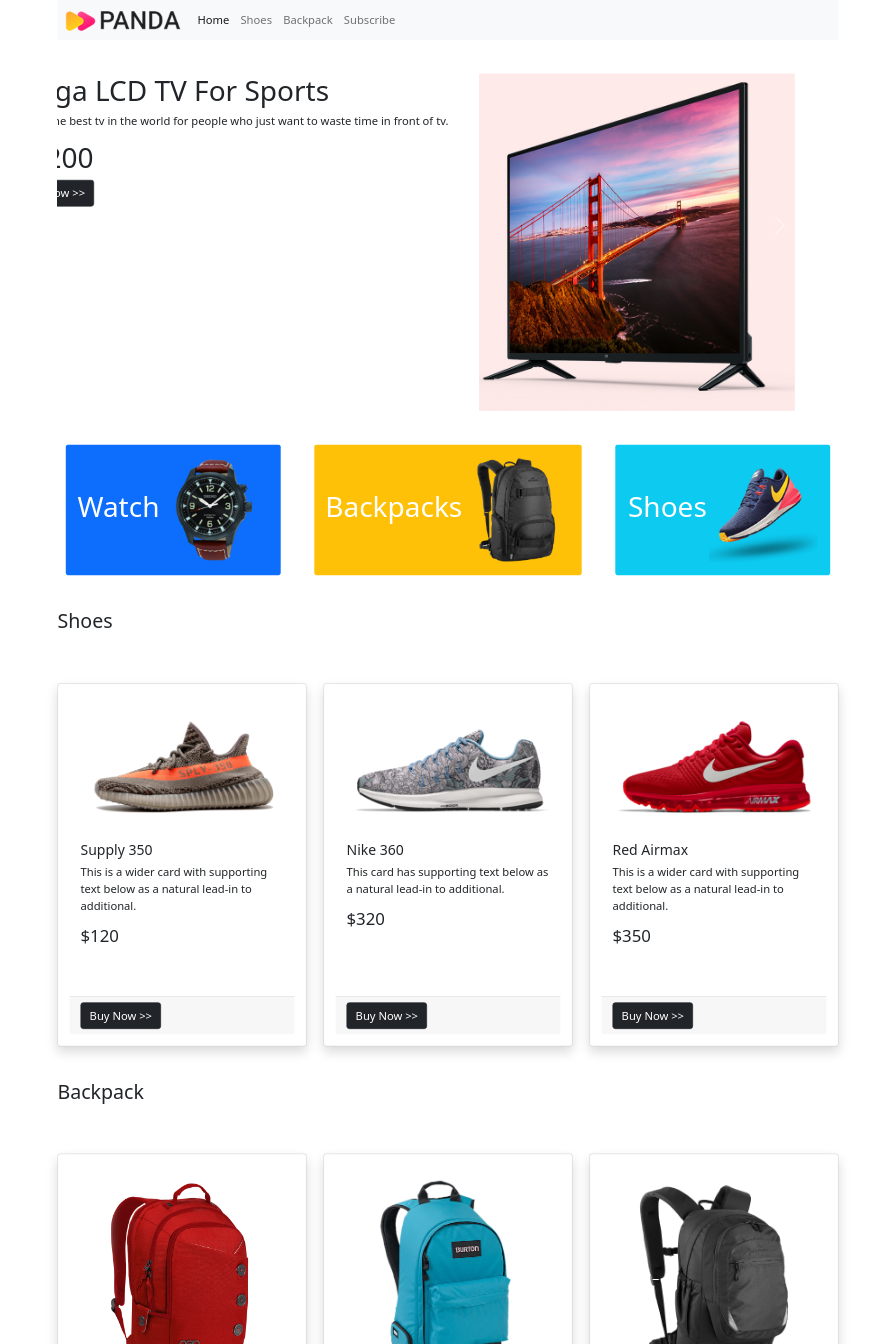
Repository: omarhasnain/panda-commerce-bootstrap
Page: index.html
These files come from the project's save history. The page is drawn as it stood at one moment and after the next save; the edit follows.
The browser window is 1280 px wide. The pictures show the part of the page from y = 0 to 1920 px (the page is 2672 px tall before and 2876 px after), at 70% of full size.

Above is the page before, as saved 2021-01-14 18:04:53.

After the next save:
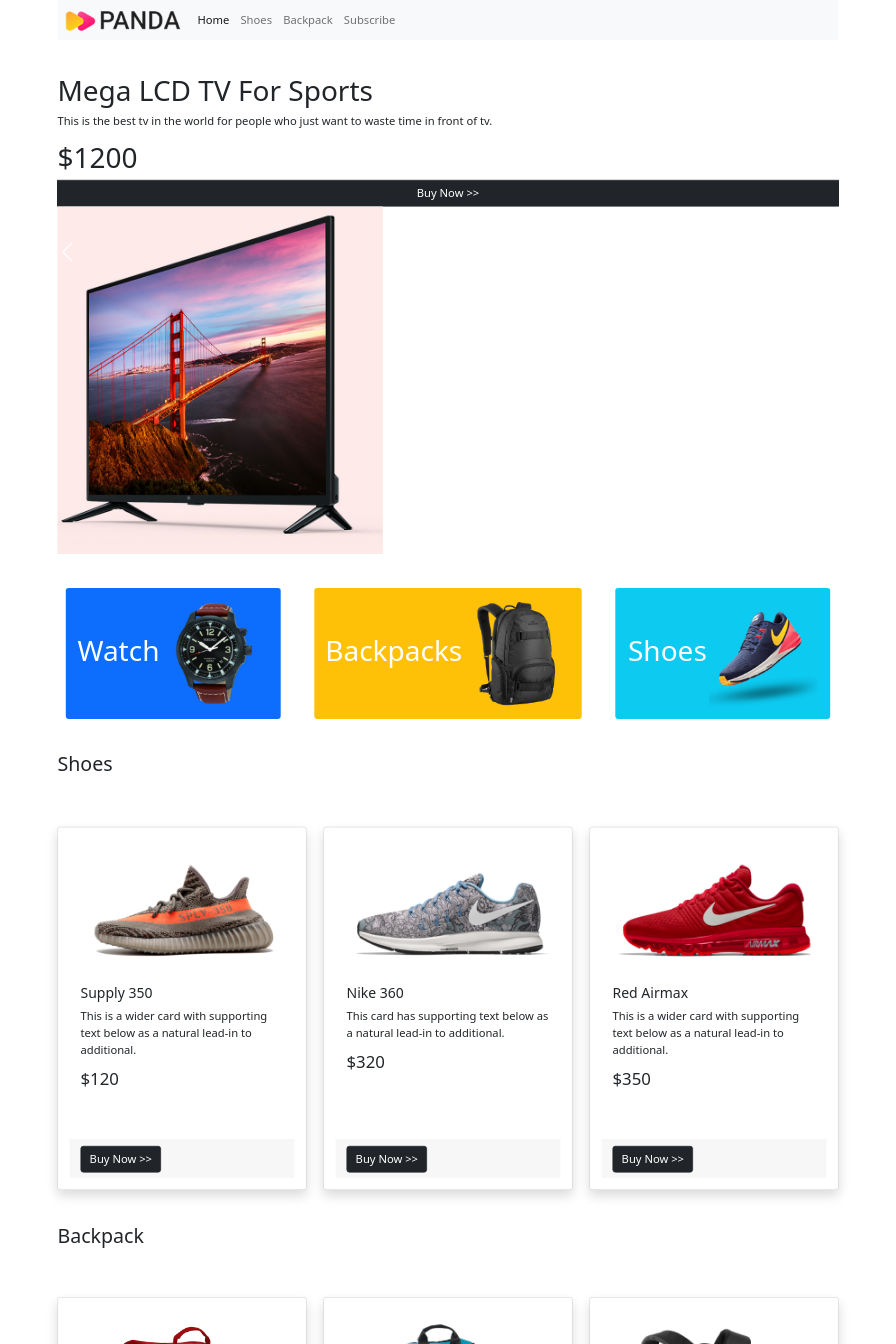
Saved 3 min 57 s later.
--- a/index.html
+++ b/index.html
@@ -29,7 +29,7 @@
             <div id="carouselExampleControls" class="carousel slide" data-bs-ride="carousel">
                 <div class="carousel-inner">
                   <div class="carousel-item active mt-5">
-                   <div class="row">
+                   <div class="row d-flex align-items-center>
                        <div class="col-md-7">
                            <h1>Mega LCD TV For Sports</h1>
                            <p>This is the best tv in the world for people who just want to waste time in front of tv.</p>

After the save that followed:
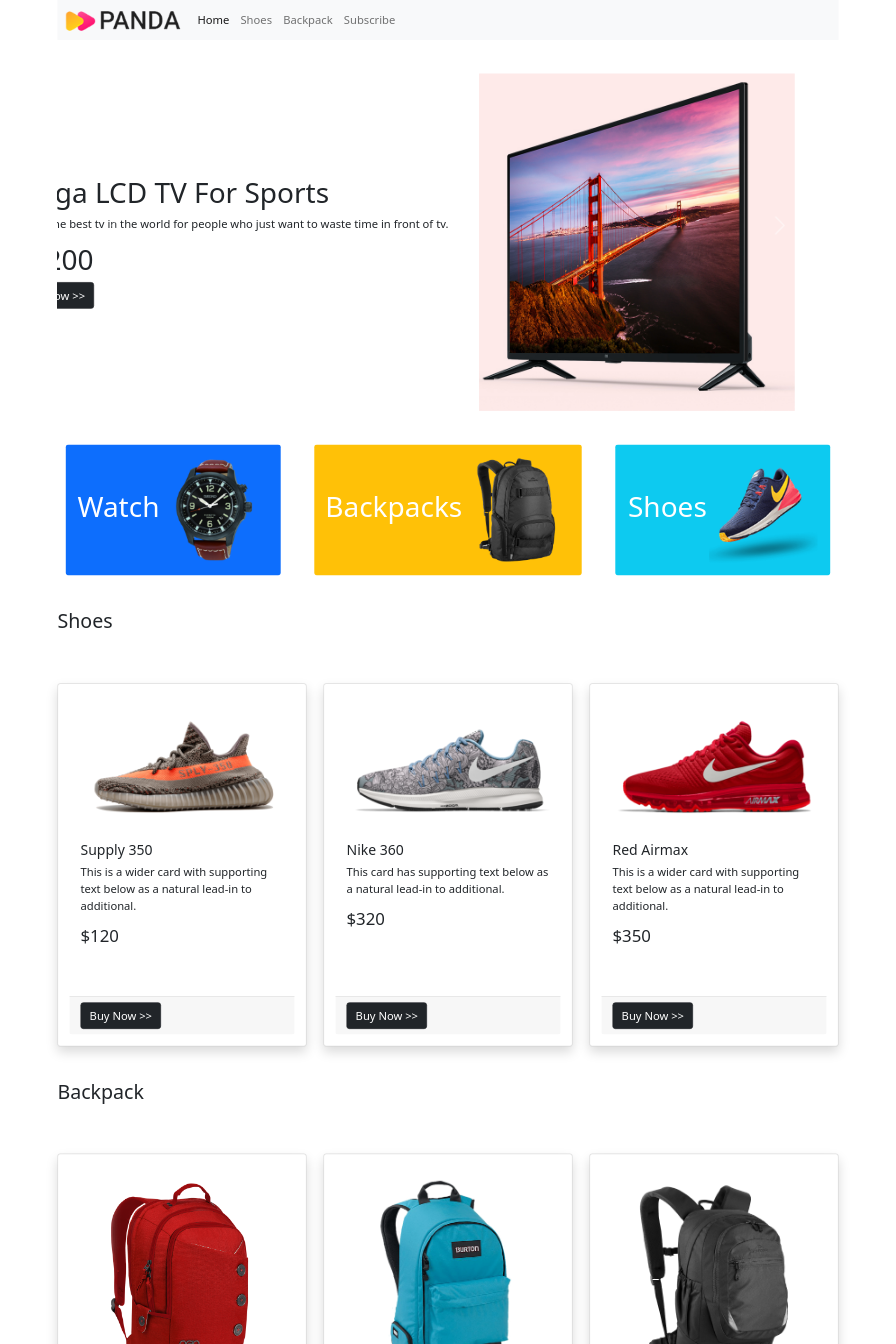
Saved 80 s later.
--- a/index.html
+++ b/index.html
@@ -29,7 +29,7 @@
             <div id="carouselExampleControls" class="carousel slide" data-bs-ride="carousel">
                 <div class="carousel-inner">
                   <div class="carousel-item active mt-5">
-                   <div class="row d-flex align-items-center>
+                   <div class="row d-flex align-items-center">
                        <div class="col-md-7">
                            <h1>Mega LCD TV For Sports</h1>
                            <p>This is the best tv in the world for people who just want to waste time in front of tv.</p>
